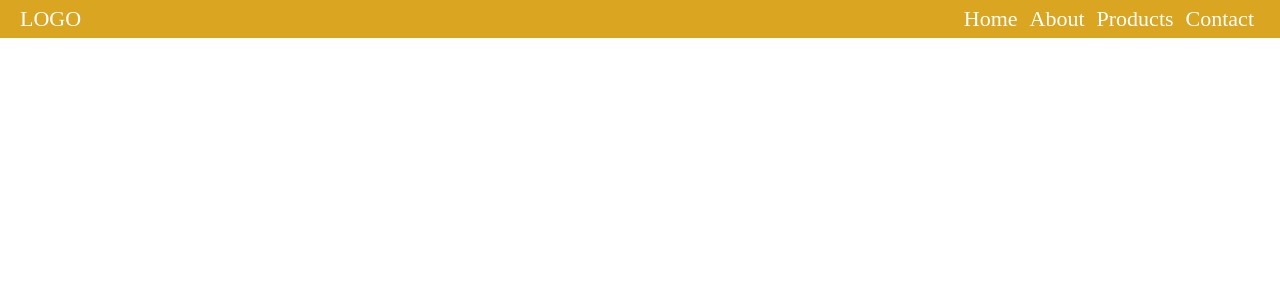
Repository: albayrakfatih/Flex-Navbar
Page: navbar-w-flexbox.html
The author's editor kept a copy of each file at every save. The page is drawn from the files as they stood at one save, then again after a run of saves.
The browser window is 1280 px wide. The pictures show the whole page.

Above is the page before, as saved 2023-05-09 19:54:39.

After the next 2 saves:
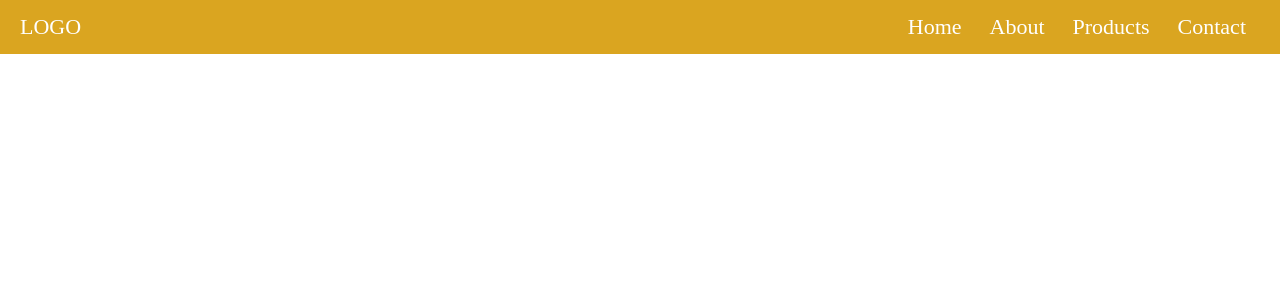
The 2 saves are shown as one change because they came seconds apart.
The last was saved 6 s later.
--- a/styles.css
+++ b/styles.css
@@ -25,5 +25,5 @@
 }
 .navigation a{
     display: block;
-    padding: 6px;
+    padding: 14px;
 }
